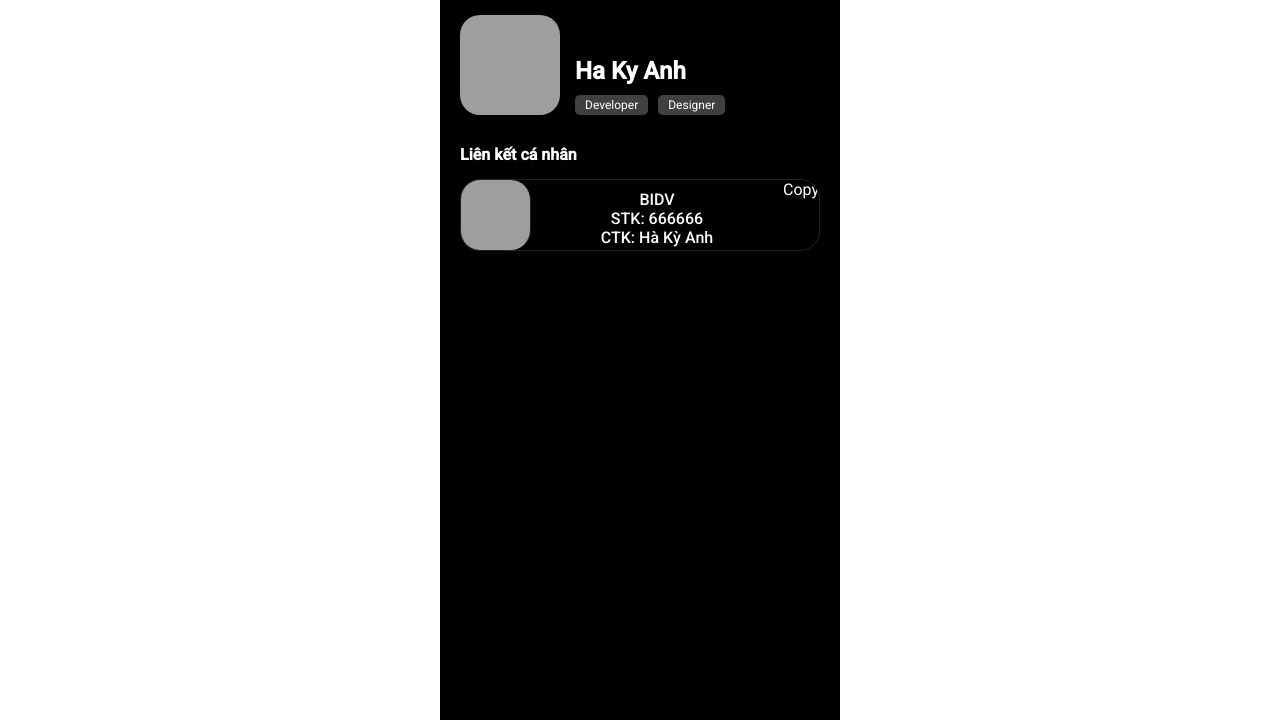
Repository: yzarc204/nguyen-tien-viet-hoang
Page: thong-tin-thanh-toan/index.html
An editor plug-in stored every save of this project. The page is shown before and after a run of saves, followed by the edit.
The browser window is 1280 px wide. The pictures show the whole page.
Pictures or frames that could not be fetched are drawn as grey boxes.

Above is the page before, as saved 2021-09-27 10:52:17.

After the next 4 saves:
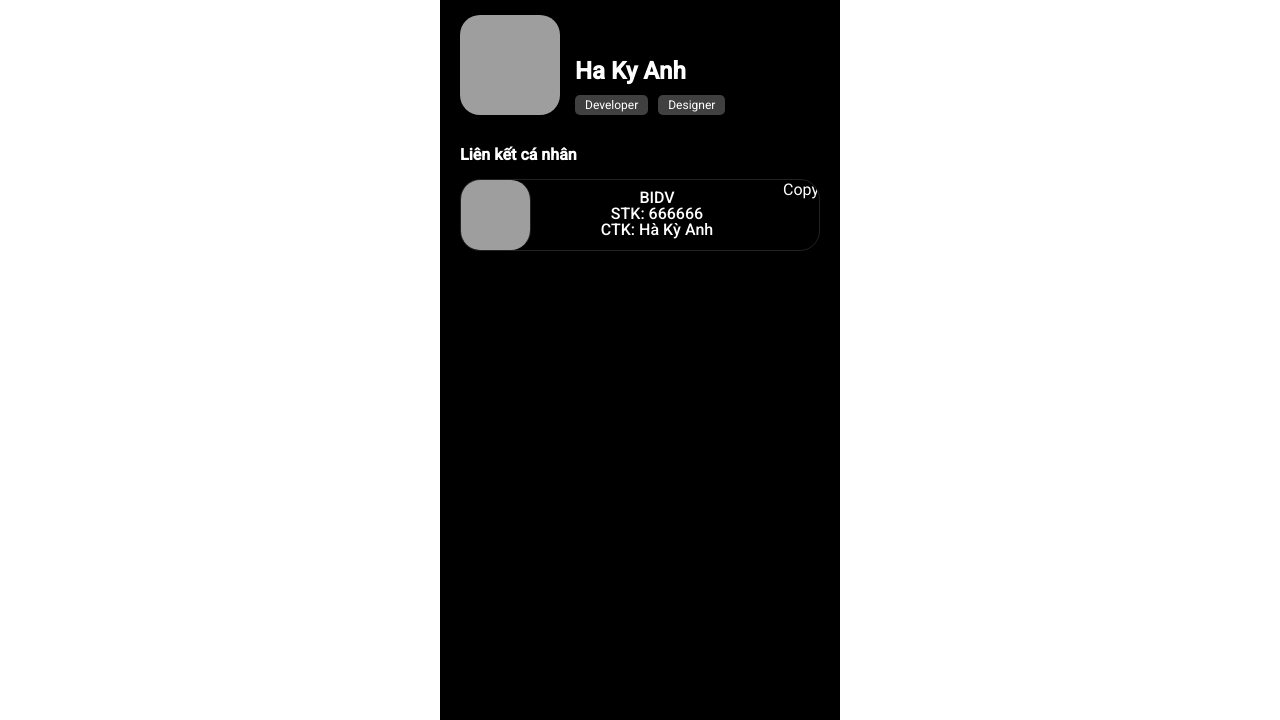
The 4 saves are shown as one change because they came seconds apart.
The last was saved 15 s later.
--- a/thong-tin-thanh-toan/public/css/index.css
+++ b/thong-tin-thanh-toan/public/css/index.css
@@ -101,6 +101,7 @@ body {
     text-align: center;
     padding: 10px;
     font-weight: 500;
+    line-height: 1;
 }
 .bank-info > p {
     margin: 0;
